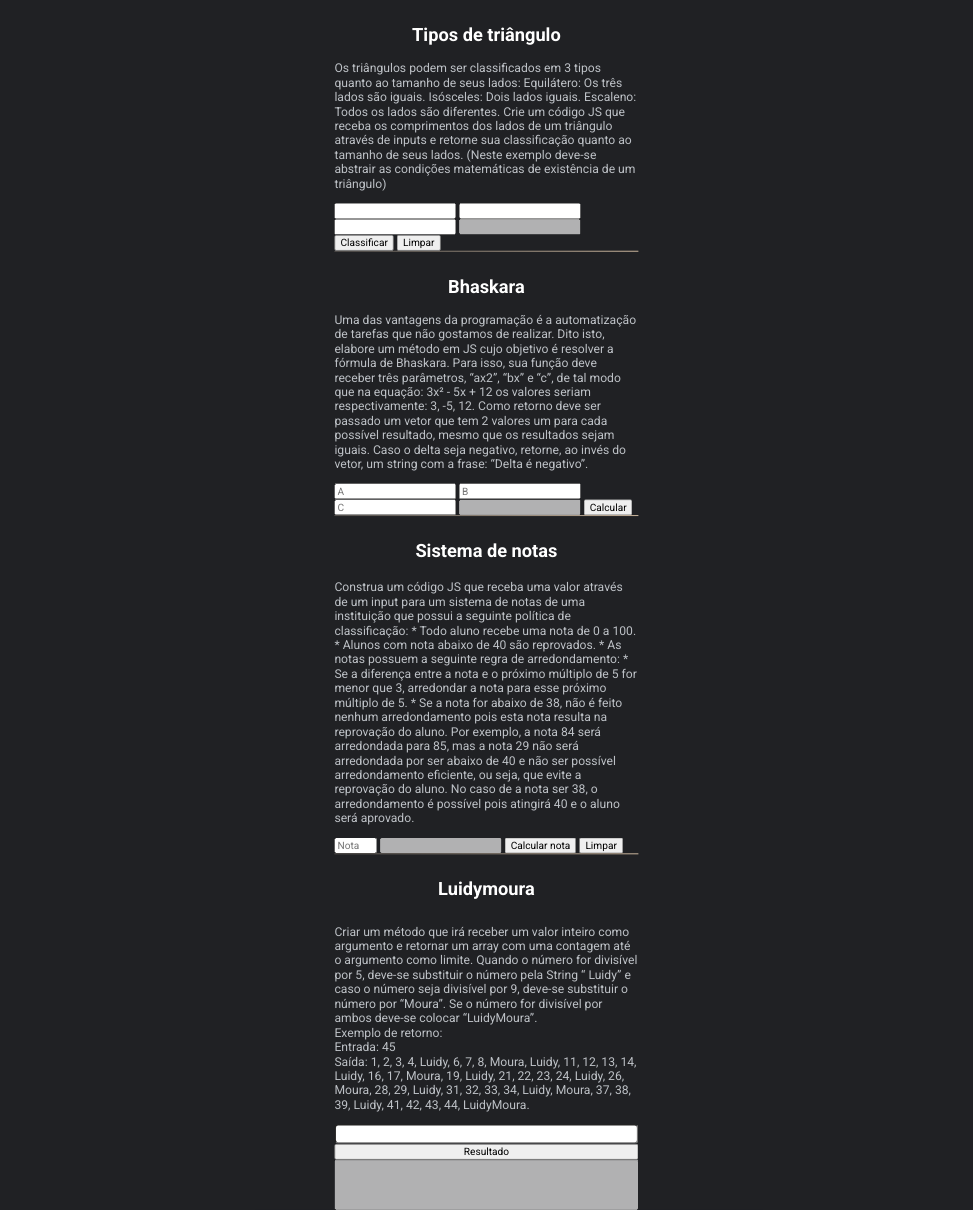
Repository: viviij/Fun-es-Simples-JavaScript
Page: index.html
An editor plug-in stored every save of this project. The page is shown before and after the next save, followed by the edit.
The browser window is 1280 px wide. The pictures show the whole page, at 76% of full size.

Above is the page before, as saved 2022-08-26 20:41:03.

### index.html
<!DOCTYPE html>
<html lang="ptBR">
  <head>
    <meta charset="UTF-8">
    <link rel="preconnect" href="https://fonts.gstatic.com" crossorigin>
    <link rel="preconnect" href="https://fonts.googleapis.com">
    <meta http-equiv="X-UA-Compatible" content="IE=edge">
    <meta name="viewport" content="width=device-width, initial-scale=1.0">

    <link href="https://fonts.googleapis.com/css2?family=Roboto:wght@400;700&display=swap" rel="stylesheet">

    <link rel="stylesheet" href="styles.css">
    <title>Prova C3C</title>
  </head>
  <body>
    <div class="container">
      <section class="Tipos de Triângulo">
        <header>
          <h1>Tipos de triângulo</h1>
          <p>
            Os triângulos podem ser classificados em 3 tipos quanto ao tamanho de seus lados:

            Equilátero: Os três lados são iguais.
            Isósceles: Dois lados iguais.
            Escaleno: Todos os lados são diferentes.

            Crie um código JS que receba os comprimentos dos lados de um triângulo através de inputs e retorne sua classificação quanto ao tamanho de seus lados. (Neste exemplo deve-se abstrair as condições matemáticas de existência de um triângulo)
          </p>

        </header>
        <div class="main">
          <input type="number" name="trianguloLado1" id="trianguloLado1"/>
          <input type="number" name="trianguloLado2" id="trianguloLado2"/>
          <input type="number" name="trianguloLado3" id="trianguloLado3"/>

          <input type="text" name="tipoDeTriangulo" id="tipoDeTriangulo" disabled/>

          <button id="classificacaoTriangulo">Classificar</button>
          <button id="limparInputBotao">Limpar</button>
        </div>
      </section>

      <div class="linhaDeDivisaoDasQuestoes"></div>

      <section class="Bhaskara">
        <header>
          <h2>Bhaskara</h2>
          <p>Uma das vantagens da programação é a automatização de tarefas que não gostamos de realizar. Dito isto, elabore um método em JS cujo objetivo é resolver a fórmula de Bhaskara.

            Para isso, sua função deve receber três parâmetros, “ax2”, “bx” e “c”, de tal modo que na equação: 3x² - 5x + 12 os valores seriam respectivamente: 3, -5, 12.

            Como retorno deve ser passado um vetor que tem 2 valores um para cada possível resultado, mesmo que os resultados sejam iguais.

            Caso o delta seja negativo, retorne, ao invés do vetor, um string com a frase: “Delta é negativo”.</p>
        </header>
        <div class="main">
          <input type="number" name="bhaskaraValorA" id="bhaskaraValorA" placeholder="A"/>
          <input type="number" name="bhaskaraValorB" id="bhaskaraValorB" placeholder="B"/>
          <input type="number" name="bhaskaraValorC" id="bhaskaraValorC" placeholder="C"/>

          <input type="text" name="resultadoBhaskara" id="resultadoBhaskara" disabled/>
          <button id="calcularBhaskara">Calcular</button>
        </div>
      </section>

      <div class="linhaDeDivisaoDasQuestoes"></div>

      <section class="Sistema de Notas">
        <header>
          <h3>Sistema de notas</h3>
          <p>Construa um código JS que receba uma valor através de um input para um sistema de notas de uma instituição que possui a seguinte política de classificação:

          * Todo aluno recebe uma nota de 0 a 100.
          * Alunos com nota abaixo de 40 são reprovados.
          * As notas possuem a seguinte regra de arredondamento:
            * Se a diferença entre a nota e o próximo múltiplo de 5 for menor que 3, arredondar a nota para esse próximo múltiplo de 5.
            * Se a nota for abaixo de 38, não é feito nenhum arredondamento pois esta nota resulta na reprovação do aluno.

          Por exemplo, a nota 84 será arredondada para 85, mas a nota 29 não será arredondada por ser abaixo de 40 e não ser possível arredondamento eficiente, ou seja, que evite a reprovação do aluno.
          No caso de a nota ser 38, o arredondamento é possível pois atingirá 40 e o aluno será aprovado.</p>
        </header>
        <div class="main">
          <input type="number" name="notaRecebida" id="notaRecebida"  min="0" max="100" placeholder="Nota"/>

          <input type="text" name="arredondamentoNota" id="arredondamentoNota" disabled/>

          <button id="calcularNota">Calcular nota</button>
          <button id="limparNota">Limpar</button>
        </div>
      </section>

      <div class="linhaDeDivisaoDasQuestoes"></div>

      <section class="LuidyMoura">
        <header>
          <h4>Luidymoura</h4>
          <p>Criar um método que irá receber um valor inteiro como argumento e retornar um array com uma contagem até o argumento como limite.

          Quando o número for divisível por 5, deve-se substituir o número pela String “ Luidy” e caso o número seja divisível por 9, deve-se substituir o número por  “Moura”.
          Se o número for divisível por ambos deve-se colocar “LuidyMoura”.
          <br/>
          Exemplo de retorno:
          <br/>

          Entrada:
          45
          <br/>

          Saída:
          1, 2, 3, 4, Luidy, 6, 7, 8, Moura, Luidy, 11, 12, 13, 14, Luidy, 16, 17, Moura, 19, Luidy, 21, 22, 23, 24, Luidy, 26, Moura, 28, 29, Luidy, 31, 32, 33, 34, Luidy, Moura, 37, 38, 39, Luidy, 41, 42, 43, 44, LuidyMoura.</p>
        </header>
        <div class="main">
          <input type="number" name="valorLuidyMoura" id="valorLuidyMoura">
          <button id="calculoLuidyMoura">Resultado</button>
          <input type="form" name="resultadoLuidyMoura" id="resultadoLuidyMoura" disabled>
        </div>
      </section>
    </div>
    <script src="./js/tipos_de_triangulo.js"></script>
    <script src="./js/sistema_de_notas.js"></script>
    <script src="./js/luidymoura.js"></script>
    <script src="./js/bhaskara.js"></script>
  </body>
</html>

### styles.css
body {
  margin: 0;
  padding: 0;
  box-sizing: border-box;
  background: var(--background-color);
  display: flex;
  justify-content: center;
  font-family: 'Roboto', sans-serif;
  font-weight: 400;
}

body h1,
h2,
h3,
h4,
h5,
h6,
h7,
h8 {
  font-family: 'Roboto', sans-serif;
  font-weight: 700;
}

button,
input,
textarea,
select {
  outline: 0;
  font-family: 'Roboto', sans-serif;
  font-weight: 400;
}

a {
  text-decoration: none;
}

ul {
  list-style: none;
}

:root {
  /*CORES GLOBAIS*/
  --text-color: #bdc1c6;
  --background-color: #202124;
  --title-color: #ffffff;

}

.container section {
  max-height: auto;
  max-width: 400px;
}

section {
  color: var(--text-color);
  margin-top: 2rem;
}

.container .linhaDeDivisaoDasQuestoes {
  height: 1px;
  background: linear-gradient(270deg,
      hsla(33, 100%, 88%, 1) 0%,
      hsla(33, 65%, 88%, 0.34) 100%);
}

section h1,
h2,
h3,
h4,
h5 {
  display: flex;
  justify-content: center;
  font-size: 1.5rem;
  color: var(--title-color);
}

.container .questao_1 {}

.container .questao_2 {}

.container .questao_3 {}


/*LuidyMoura QUESTAO 4*/
.LuidyMoura .main {
  display: flex;
  flex-direction: column;
}

#valorLuidyMoura {
  height: 20px;
  width: auto;
  box-shadow: none;
  border-radius: 5px;
  text-align: center;
}

#calculoLuidyMoura {
  width: 100%;
}

#resultadoLuidyMoura {
  height: 60px;

}

### js/tipos_de_triangulo.js
//Selecionando itens do HTML
const trianLado1 = document.querySelector("#trianguloLado1");
const trianLado2 = document.querySelector("#trianguloLado2");
const trianLado3 = document.querySelector("#trianguloLado3");
const tipoDeTrian = document.querySelector("#tipoDeTriangulo");
const classTrian = document.querySelector("#classificacaoTriangulo") ;
const limparInput = document.querySelector("#limparInputBotao");
//Marcar "erro" caso alguma resposta nao seja preenchida
trianLado1.onblur = () => {
  if(trianLado1.value == "") {
    trianLado1.style = "border-color: #aa0044";
  }else{
    trianLado1.style = "color: #000000";
  }
}

trianLado2.onblur = () => {
  if(trianLado2.value == "") {
    trianLado2.style = "border-color: #aa0044";
  }else{
    trianLado2.style = "color: #000000";
  }
}

trianLado3.onblur = () => {
  if(trianLado3.value == "") {
    trianLado3.style = "border-color: #aa0044";
  }else{
    trianLado3.style = "color: #000000";
  }
}

//Limpar input apos clicar no botao Limpar
limparInput.onclick = () => {
  trianLado1.value = "";
  trianLado2.value = "";
  trianLado3.value = "";
  tipoDeTrian.value = "";
}

//Classificar o tipo de triangulo apos clicar no botao Classificar
classTrian.onclick = () => {
  //Dar foco no input vazio
  if (trianLado1.value == "" && trianLado2.value != "" && trianLado3.value != "") {
    trianLado1.focus();
  }else if (trianLado2.value == "" && trianLado1.value != "" && trianLado3.value != "") {
    trianLado2.focus();
  }else if (trianLado3.value == "" && trianLado1.value != "" && trianLado2.value != "") {
    trianLado3.focus();
  }

  if(trianLado1.value != "" && trianLado2.value != "" && trianLado3.value != "") {

    if (trianLado1.value != trianLado2.value && trianLado1.value != trianLado3.value && trianLado2.value != trianLado3.value) {
      tipoDeTrian.value = "Escaleno: Todos os lados são diferentes.";

    }else if (trianLado1.value == trianLado2.value && trianLado1.value == trianLado3.value && trianLado2.value == trianLado3.value) {
      tipoDeTrian.value = "Equilátero: Os três lados são iguais.";

    }else{
      tipoDeTrian.value = "Isósceles: Dois lados iguais.";

    }
  }
}

### js/sistema_de_notas.js
const notaRec = document.querySelector("#notaRecebida");
const arreNota = document.querySelector("#arredondamentoNota");
const calcNota = document.querySelector("#calcularNota");
const limparNota = document.querySelector("#limparNota")

//Marcar "erro" caso alguma resposta nao seja preenchida
notaRec.onblur = () => {
  if(notaRec.value == "") {
    notaRec.style = "border-color: #aa0044";
  }else{
    notaRec.style = "color: #000000";
  }
}

//Limpar input apos clicar no botao Limpar
limparNota.onclick = () => {
  notaRec.value = "";
  arreNota.value = "";
}

calcNota.onclick = () => {
  //Dar foco no input vazio
  if (notaRec.value == "") {
    notaRec.focus();
  }
  if(notaRec.value != "") {
    //Função do calculo da nota
    if (notaRec.value > 100 || notaRec.value < 0) {
      arreNota.value = "Valor inválido! Por favor digite um numero de 0 a 100.";
    }else if (notaRec.value < 38) {
      return arreNota.value = "Nem com milagre esse ser vai passar :("
    }

    const tabuadaDo5 = [5, 10, 15, 20, 25, 30, 35, 40, 45, 50, 55, 60, 65, 70, 75, 80, 85, 90, 95, 100];

    for (let i in tabuadaDo5) {
      const int = (nota) => {
        nota = Number.parseFloat(nota);
        return nota
      }
      if (int(notaRec.value)+2 >= tabuadaDo5[i]) {
        arreNota.value = tabuadaDo5[i];
      }
    }
  }
}

### js/luidymoura.js
const valorLuidyM = document.querySelector("#valorLuidyMoura")
const resLuidyM = document.querySelector("#resultadoLuidyMoura")
const calcLuidyM = document.querySelector("#calculoLuidyMoura")
function range(n) {//Função responsavel po ir do 0 até o valor x
  const listaNumerica = []
  for (i = 0; i < n; i++) {
    listaNumerica.push(i+1)
  }

  return listaNumerica
}

//Marcar "erro" caso alguma resposta nao seja preenchida
valorLuidyM.onblur = () => {
  if(valorLuidyM.value == "") {
    valorLuidyM.style = "border-color: #aa0044";
  }else{
    valorLuidyM.style = "color: #000000";
  }
}

calcLuidyM.onclick = () => {
  //dar focus no input caso n tenha sido preenchido
  if (valorLuidyM.value == "") {
    valorLuidyM.focus();
  }

  //logica do luidymoura
  if (valorLuidyM != "") {
    contagem = range(valorLuidyM.value)

    //Divisivel por 9 e 5
    let lista = []
    for (let contador in contagem) {

      //divisivel apenas por 5
      if (contagem[contador] % 9 != 0 && contagem[contador] % 5 == 0) {
        lista.push("Luidy")
      }

      //Divisivel apenas por 9
      if (contagem[contador] % 9 == 0 && contagem[contador] % 5 != 0) {
        lista.push("Moura")
      }

      //divisivel por 5 e 9
      if (contagem[contador] % 9 == 0 && contagem[contador] % 5 == 0) {
        lista.push("LuidyMoura")
      }else if (contagem[contador] % 9 != 0 && contagem[contador] % 5 != 0){
        lista.push(contagem[contador])
      }
    }
    resLuidyM.value = lista
  }

}

### js/bhaskara.js
//Selecionando itens do HTML
const bhaskaVA = document.querySelector("#bhaskaraValorA");
const bhaskaVB = document.querySelector("#bhaskaraValorB");
const bhaskaVC = document.querySelector("#bhaskaraValorC");
const resBhaska = document.querySelector("#resultadoBhaskara");
const calcBhaska = document.querySelector("#calcularBhaskara");
//Marcar "erro" caso alguma resposta nao seja preenchida
bhaskaVA.onblur = () => {
  if(bhaskaVA.value == "") {
    bhaskaVA.style = "border-color: #aa0044";
  }else{
    bhaskaVA.style = "color: #000000";
  }
}

bhaskaVB.onblur = () => {
  if(bhaskaVB.value == "") {
    bhaskaVB.style = "border-color: #aa0044";
  }else{
    bhaskaVB.style = "color: #000000";
  }
}

bhaskaVC.onblur = () => {
  if(bhaskaVC.value == "") {
    bhaskaVC.style = "border-color: #aa0044";
  }else{
    bhaskaVC.style = "color: #000000";
  }
}

//Calcular os valores de bhaskara


calcBhaska.onclick = () => {
  //Dar foco no input vazio
  if (bhaskaVA.value == "" && bhaskaVB.value != "" && bhaskaVC.value != "") {
    bhaskaVA.focus();
  }else if (bhaskaVB.value == "" && bhaskaVA.value != "" && bhaskaVC.value != "") {
    bhaskaVB.focus();
  }else if (bhaskaVC.value == "" && bhaskaVA.value != "" && bhaskaVB.value != "") {
    bhaskaVC.focus();
  }

  if (bhaskaVC.value != "" && bhaskaVA.value != "" && bhaskaVB.value != ""){
    //Função de bhaskara
    const valorDelta = (bhaskaVB.value*bhaskaVB.value) - 4*bhaskaVA.value*(bhaskaVC.value);

    if(valorDelta < 0) {
      resBhaska.value = "Delta é negativo";
    }else{
      let calculoDeX = (-bhaskaVB.value+Math.sqrt(valorDelta))/(2*bhaskaVA.value);
      let calculoDeX2 = (-bhaskaVB.value-Math.sqrt(valorDelta))/(2*bhaskaVA.value);
      bhaskaVA.value = ""
      bhaskaVB.value = ""
      bhaskaVC.value = ""

      resBhaska.value = [calculoDeX, calculoDeX2];
    }
  }
}

After the next save:
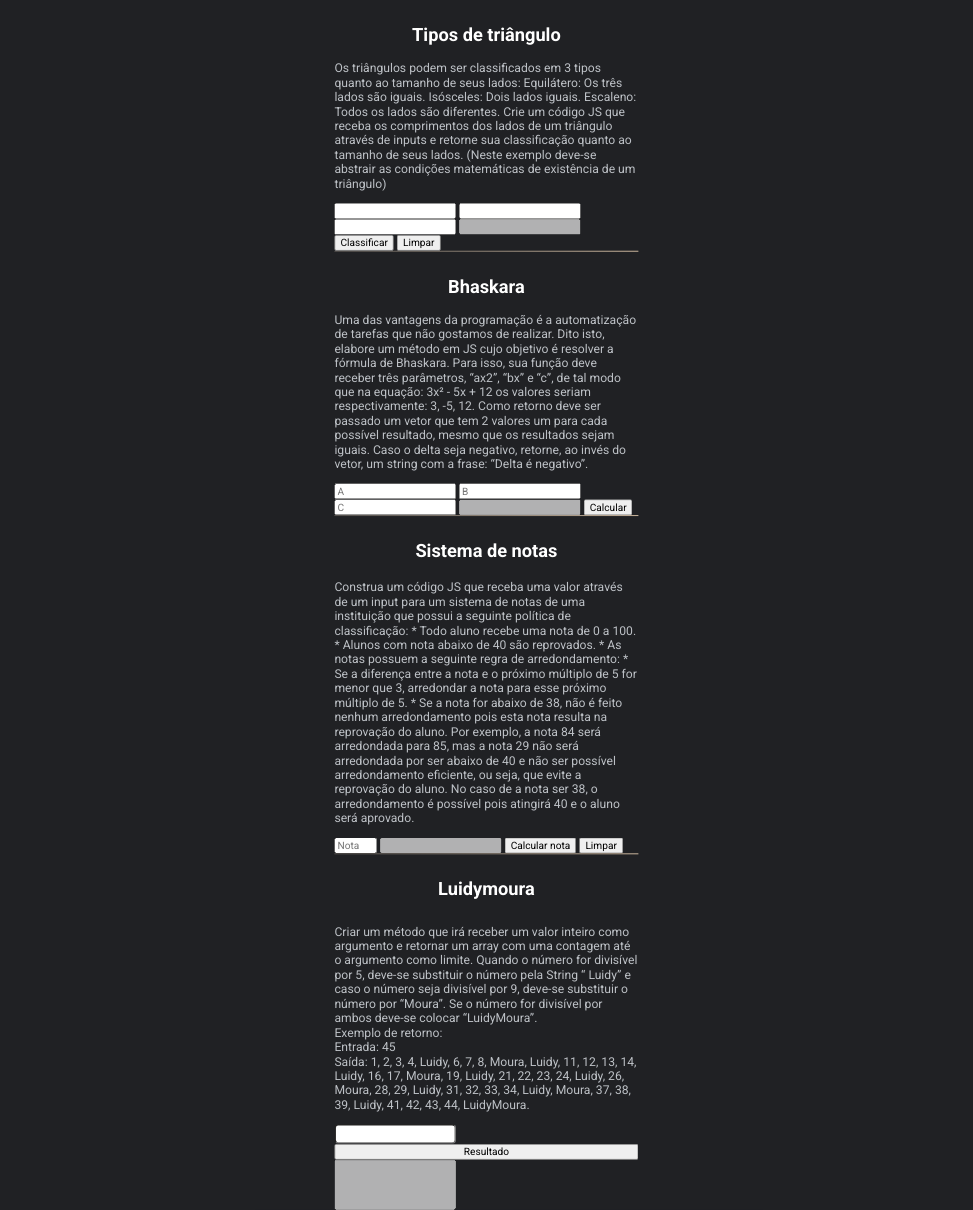
Saved 109 s later.
--- a/styles.css
+++ b/styles.css
@@ -82,10 +82,6 @@ h5 {
 
 
 /*LuidyMoura QUESTAO 4*/
-.LuidyMoura .main {
-  display: flex;
-  flex-direction: column;
-}
 
 #valorLuidyMoura {
   height: 20px;
